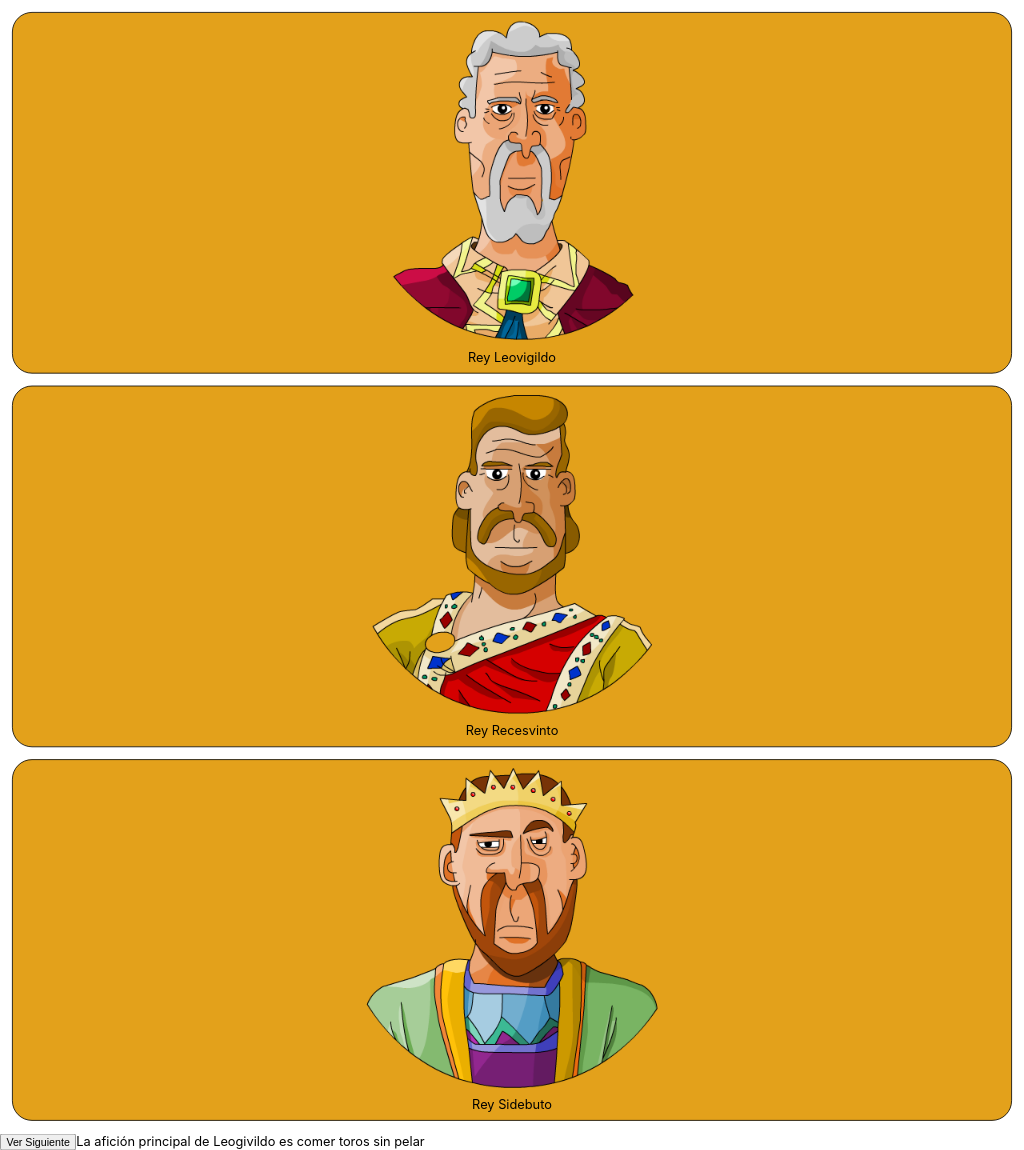
Repository: abgdev1997/ejercicios-react
Page: /
These files come from the project's save history. The page is drawn as it stood at one moment and after the next save; the edit follows.
The browser window is 1280 px wide. The pictures show the whole page, at 80% of full size.
The project was rebuilt for these pictures with package versions that can differ from the ones it lists, and the page was loaded fresh each time.

Above is the page before, as saved 2022-02-22 13:23:14.

### public/index.html
<!DOCTYPE html>
<html lang="en">
  <head>
    <meta charset="utf-8" />
    <link rel="icon" href="%PUBLIC_URL%/favicon.ico" />
    <meta name="viewport" content="width=device-width, initial-scale=1" />
    <meta name="theme-color" content="#000000" />
    <meta
      name="description"
      content="Web site created using create-react-app"
    />
    <link rel="apple-touch-icon" href="%PUBLIC_URL%/logo192.png" />
    <link rel="manifest" href="%PUBLIC_URL%/manifest.json" />
    <title>Reyes Godos</title>
  </head>
  <body>
    <noscript>You need to enable JavaScript to run this app.</noscript>
    <div id="root"></div>
  </body>
</html>

### src/App.js
import "./App.css";
import leovigildo from "./rey_leogivildo.png";
import recesvinto from "./rey_recesvinto.png";
import sisebuto from "./rey_sisebuto.png";
import incognito from "./rey_incognito.png";
import { useState } from "react";

function App() {
  const reyesGodos = [
    {
      nombre: "Leogivildo",
      aficion: "comer toros sin pelar",
    },
    {
      nombre: "Recesvinto",
      aficion: "leer a Hegel en arameo",
    },
    {
      nombre: "Sisebuto",
      aficion: "la cría del escarabajo en almíbar",
    },
  ];

  const [mensaje, setMensaje] = useState(
    `La afición principal de ${reyesGodos[0].nombre} es ${reyesGodos[0].aficion}`
  );

  const [contador, setContador] = useState(1);

  const cambiarImagen = (e) => {
    if (e.target.src.includes("incognito")) {
      e.target.style.visibility = "hidden";
    } else {
      e.target.src = incognito;
    }
    e.target.parentNode.style.backgroundColor = "white";
    e.target.parentNode.style.borderColor = "white";
  };

  const cambiarTexto = (e) => {
    if (e.target.innerHTML.includes("Visto")) {
      e.target.style.visibility = "hidden";
    } else {
      e.target.innerHTML = "Visto";
    }
    e.target.style.backgroundColor = "white";
  };

  const cambiarMensaje = () => {
    setMensaje(
      `La afición principal de ${reyesGodos[contador].nombre} es ${reyesGodos[contador].aficion}`
    );
    if (contador === 2) {
      setContador(0);
    } else {
      setContador(contador + 1);
    }
  };

  return (
    <div className="App">
      <div className="cards-container">
        <div className="img">
          <img onClick={cambiarImagen} alt="Rey Leovigildo" src={leovigildo} />
          <span onClick={cambiarTexto} className="span">
            Rey Leovigildo
          </span>
        </div>
        <div className="img">
          <img onClick={cambiarImagen} alt="Rey Recesvinto" src={recesvinto} />
          <span onClick={cambiarTexto} className="span">
            Rey Recesvinto
          </span>
        </div>
        <div className="img">
          <img onClick={cambiarImagen} alt="Rey Sisebuto" src={sisebuto} />
          <span onClick={cambiarTexto} className="span">
            Rey Sidebuto
          </span>
        </div>
      </div>
      <div className="mensaje-container">
        <button onClick={cambiarMensaje}>Ver Siguiente</button>
        <span>{mensaje}</span>
      </div>
    </div>
  );
}

export default App;

### src/App.css
.App{
  display: flex;
  flex-direction: column;
  justify-content: center;
}

.img{
  background-color:#E3A11B;
  border-radius: 25px;
  display:flex;
  flex-direction: column;
  align-items:center;
  margin: 15px;
  padding-top: 10px;
  padding-bottom: 10px;
  border: 1px solid black;
}

.span{
  padding-top: 10px;
}

Loaded but not shown: src/index.js (common file); src/index.css (common file)

After the next save:
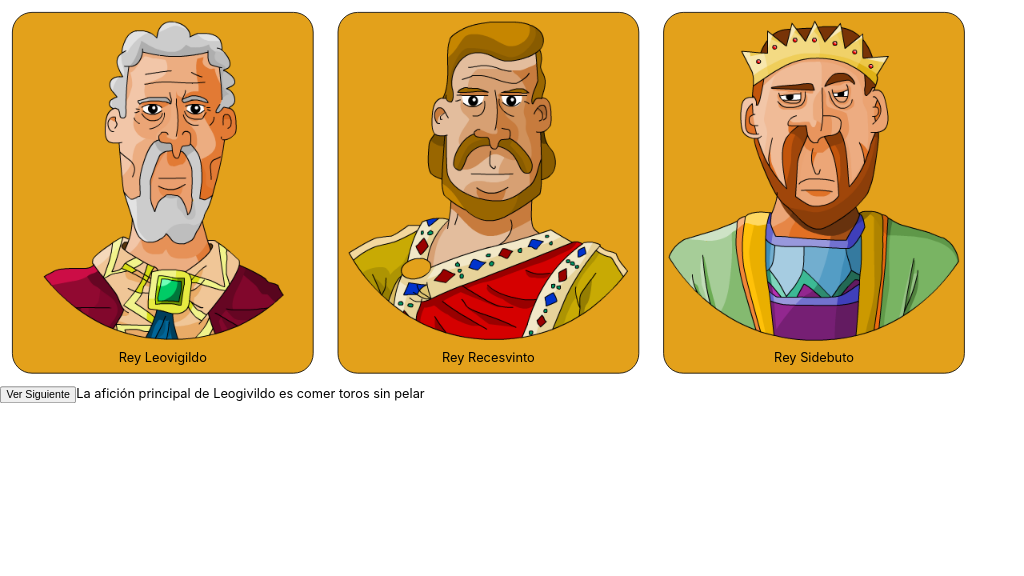
Saved 44 s later.
--- a/src/App.css
+++ b/src/App.css
@@ -2,6 +2,11 @@
   display: flex;
   flex-direction: column;
   justify-content: center;
+}
+
+.cards-container {
+  display: flex;
+  flex-direction: row;
 }
 
 .img{
